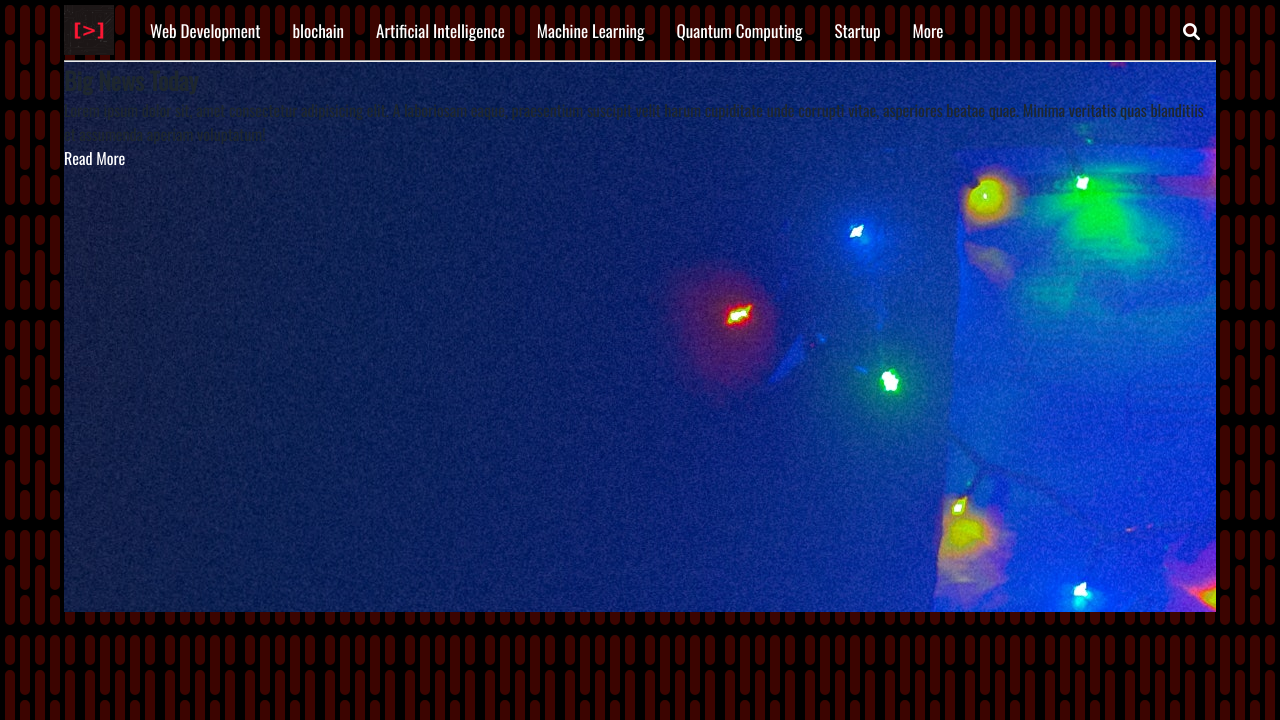
Repository: NickArregoces/News_Web
Page: index.html
An editor plug-in stored every save of this project. The page is shown before and after the next save, followed by the edit.
The browser window is 1280 px wide. The pictures show the whole page.

Above is the page before, as saved 2021-12-20 20:29:05.

After the next save:
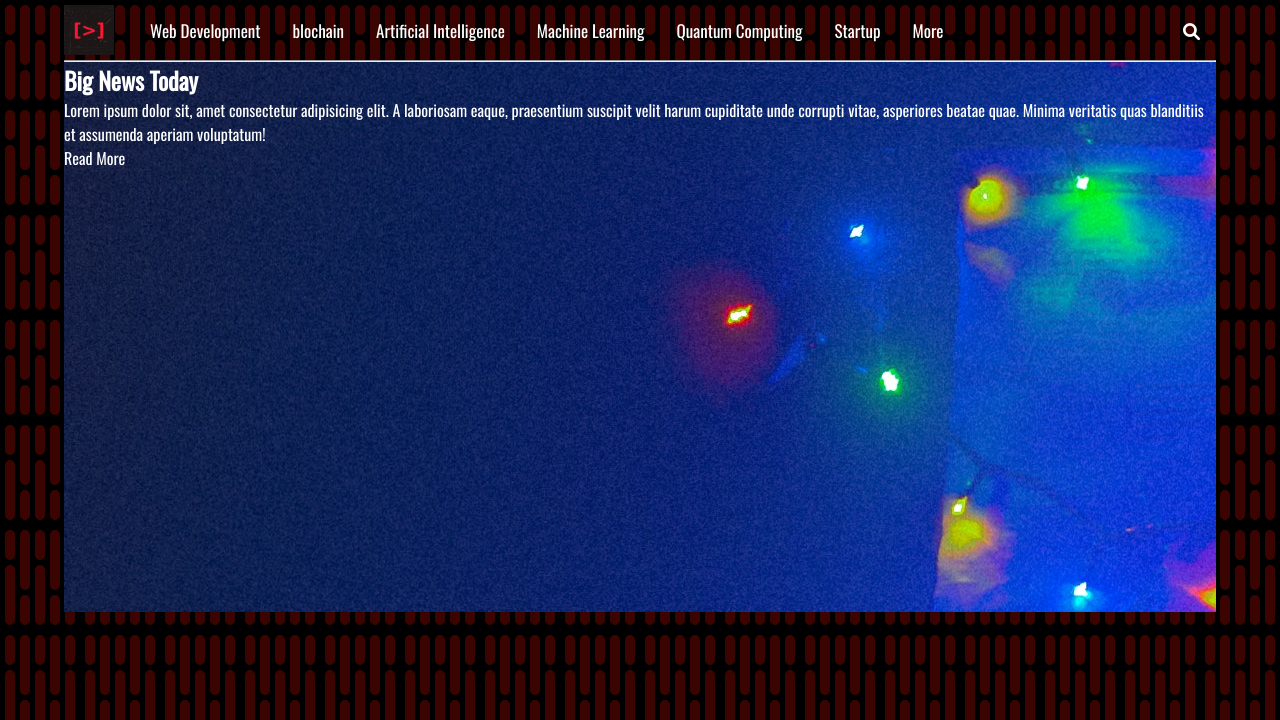
Saved 4 s later.
--- a/style.Css
+++ b/style.Css
@@ -25,7 +25,7 @@
 .container{
     width: 90%;/*responsive*/
     margin: auto;
-    color: ;
+    color: #ffff;
 }
 /*Navigation*/
 .nav-main{
